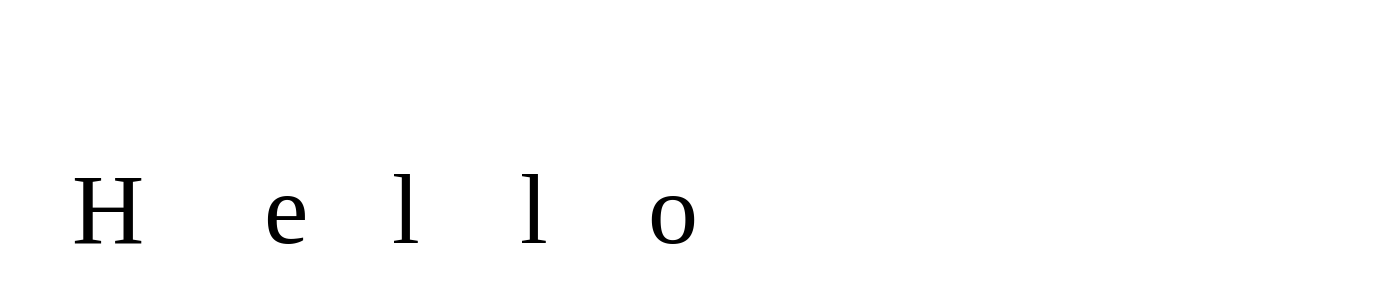
Repository: julihocc/javascript-interview-practice
Page: 01 HTML CSS/Exercise 75/index.html
These files come from the project's save history. The page is drawn as it stood at one moment and after the next save; the edit follows.
The browser window is 1280 px wide. The page is 1280 px wide, then 1400 px, then 1280 px, so the pictures cover 1400 px, including what lies to the right of the window. The pictures show the whole page.

Above is the page before, as saved 2022-09-30 00:22:33.

### 01 HTML CSS/Exercise 75/index.html

<!DOCTYPE html>
<!--[if lt IE 7]>      <html class="no-js lt-ie9 lt-ie8 lt-ie7"> <![endif]-->
<!--[if IE 7]>         <html class="no-js lt-ie9 lt-ie8"> <![endif]-->
<!--[if IE 8]>         <html class="no-js lt-ie9"> <![endif]-->
<!--[if gt IE 8]>      <html class="no-js"> <!--<![endif]-->
<html>
    <head>
        <meta charset="utf-8">
        <meta http-equiv="X-UA-Compatible" content="IE=edge">
        <title></title>
        <meta name="description" content="">
        <meta name="viewport" content="width=device-width, initial-scale=1">
        <link rel="stylesheet" href="./style.css">
    </head>
    <body>
        <div class="wrapper">
            <div class="letter" id="l1">H</div>
            <div class="letter" id="l2">e</div>
            <div class="letter" id="l3">l</div>
            <div class="letter" id="l4">l</div>
            <div class="letter" id="l5">o</div>
        </div>
        <script src="" async defer></script>
    </body>
</html>

### 01 HTML CSS/Exercise 75/style.css
.wrapper {
    position: relative;
    left:
    /* display: flex; */
    /* flex-direction: row; */
    /* justify-content: space-evenly; */
    /* align-items: center;     */
    /* font-size:  100px; */
}

.letter{
    position: absolute;
    font-size: 100px;
    top: 20vh;
}

.letter:hover {
    position: absolute;
    font-size: 300px;
    top: 5vh;
}

#l1, #l1:hover {
    left: 5vw;
}

#l2, #l2:hover {
    left: 20vw;
}

#l3, #l3:hover {
    left: 30vw;
}

#l4, #l4:hover {
    left: 40vw;
}

#l5, #l5:hover {
    left: 50vw;
}

After the next save:
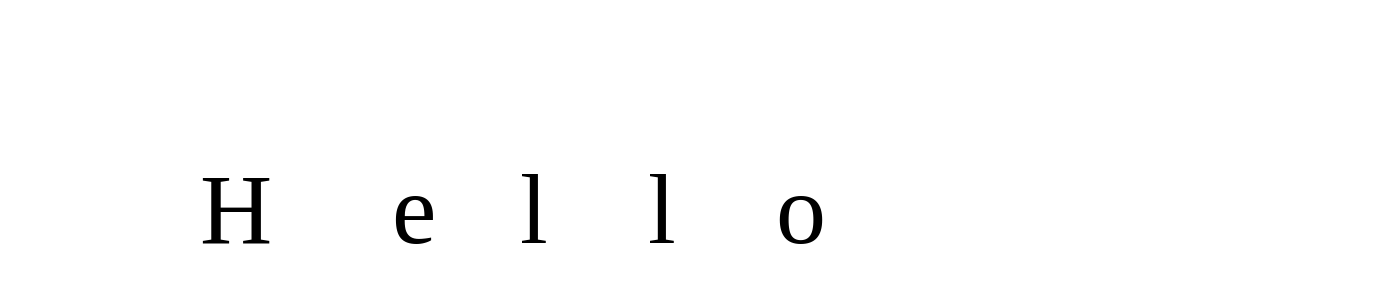
Saved 2 s later.
--- a/01 HTML CSS/Exercise 75/style.css
+++ b/01 HTML CSS/Exercise 75/style.css
@@ -1,6 +1,6 @@
 .wrapper {
     position: relative;
-    left:
+    left: 10vw
     /* display: flex; */
     /* flex-direction: row; */
     /* justify-content: space-evenly; */

After the save that followed:
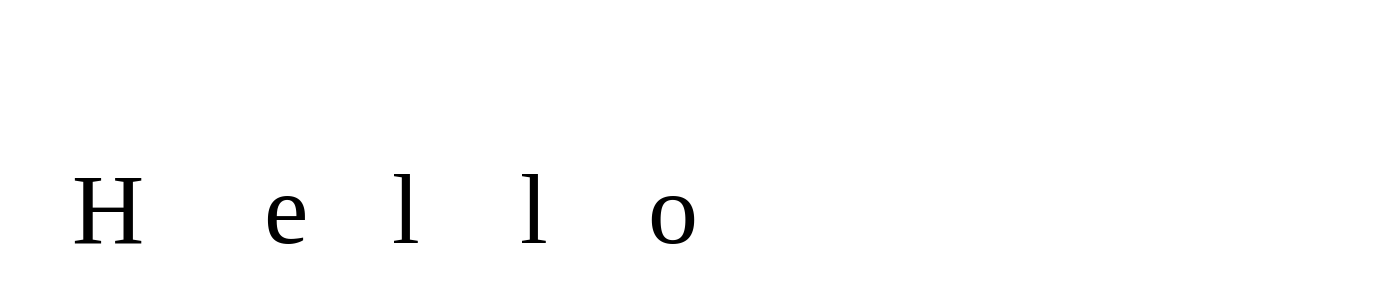
Saved 2 s later.
--- a/01 HTML CSS/Exercise 75/style.css
+++ b/01 HTML CSS/Exercise 75/style.css
@@ -1,6 +1,6 @@
 .wrapper {
     position: relative;
-    left: 10vw
+    left: 10vw:
     /* display: flex; */
     /* flex-direction: row; */
     /* justify-content: space-evenly; */
